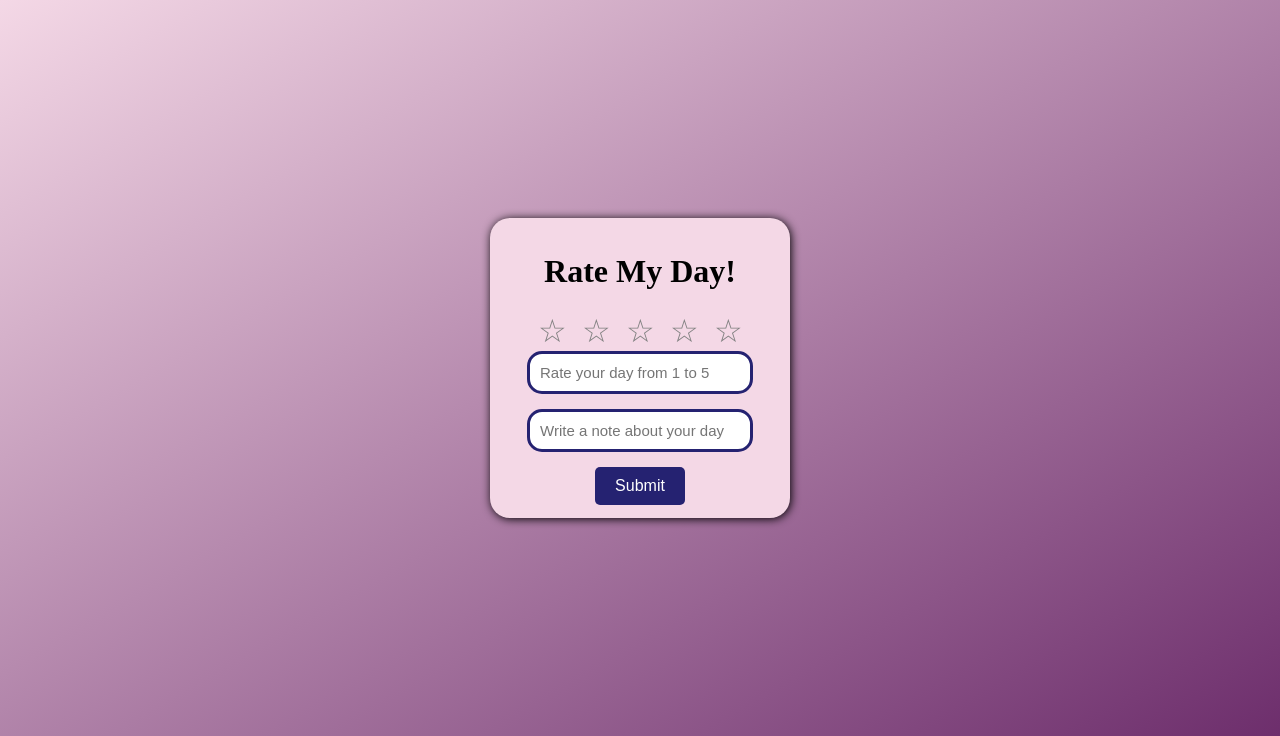
Repository: elenav24/RateMyDay
Page: frontend/index.html
The author's editor kept a copy of each file at every save. The page is drawn from the files as they stood at one save, then again after the next save.
The browser window is 1280 px wide. The pictures show the whole page.

Above is the page before, as saved 2025-05-15 13:07:56.

After the next save:
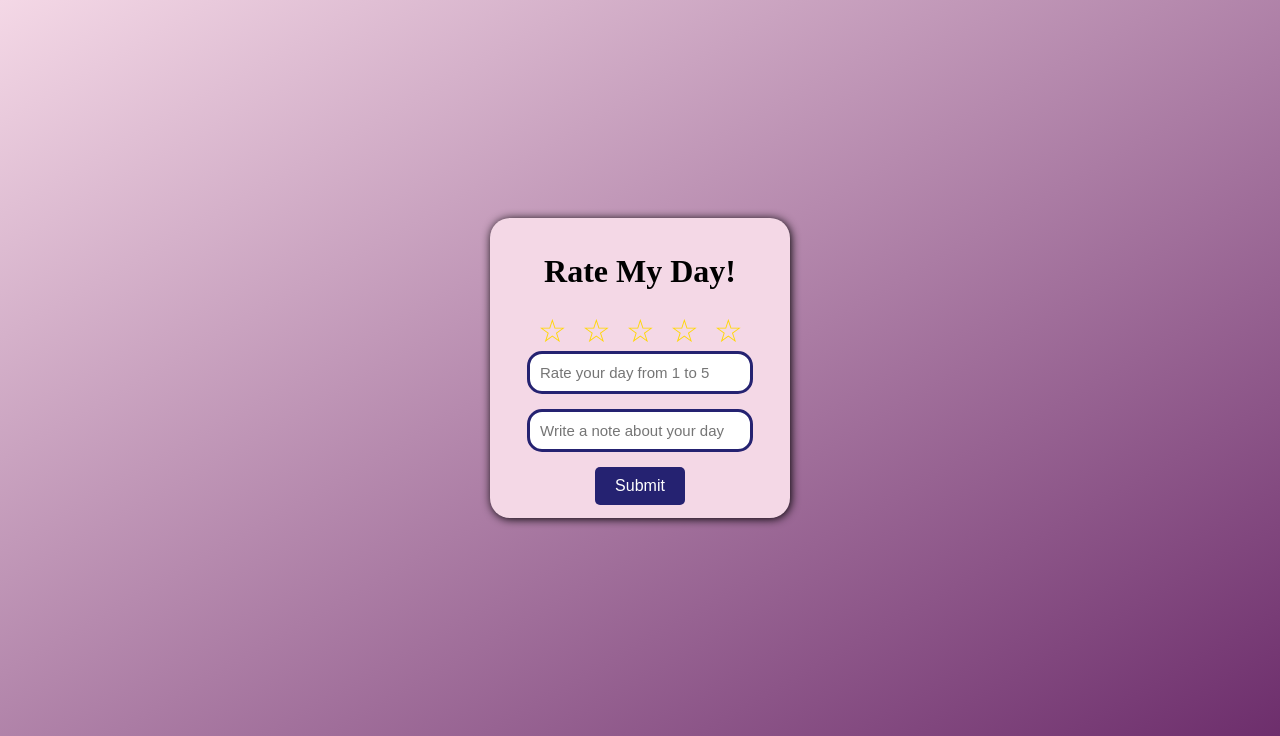
Saved 10 s later.
--- a/frontend/style.css
+++ b/frontend/style.css
@@ -49,7 +49,7 @@ body {
 
 .star-btn::before {
     content: '☆';
-    color: gray;
+    color: gold;
 }
 
 .star-btn.filled {
